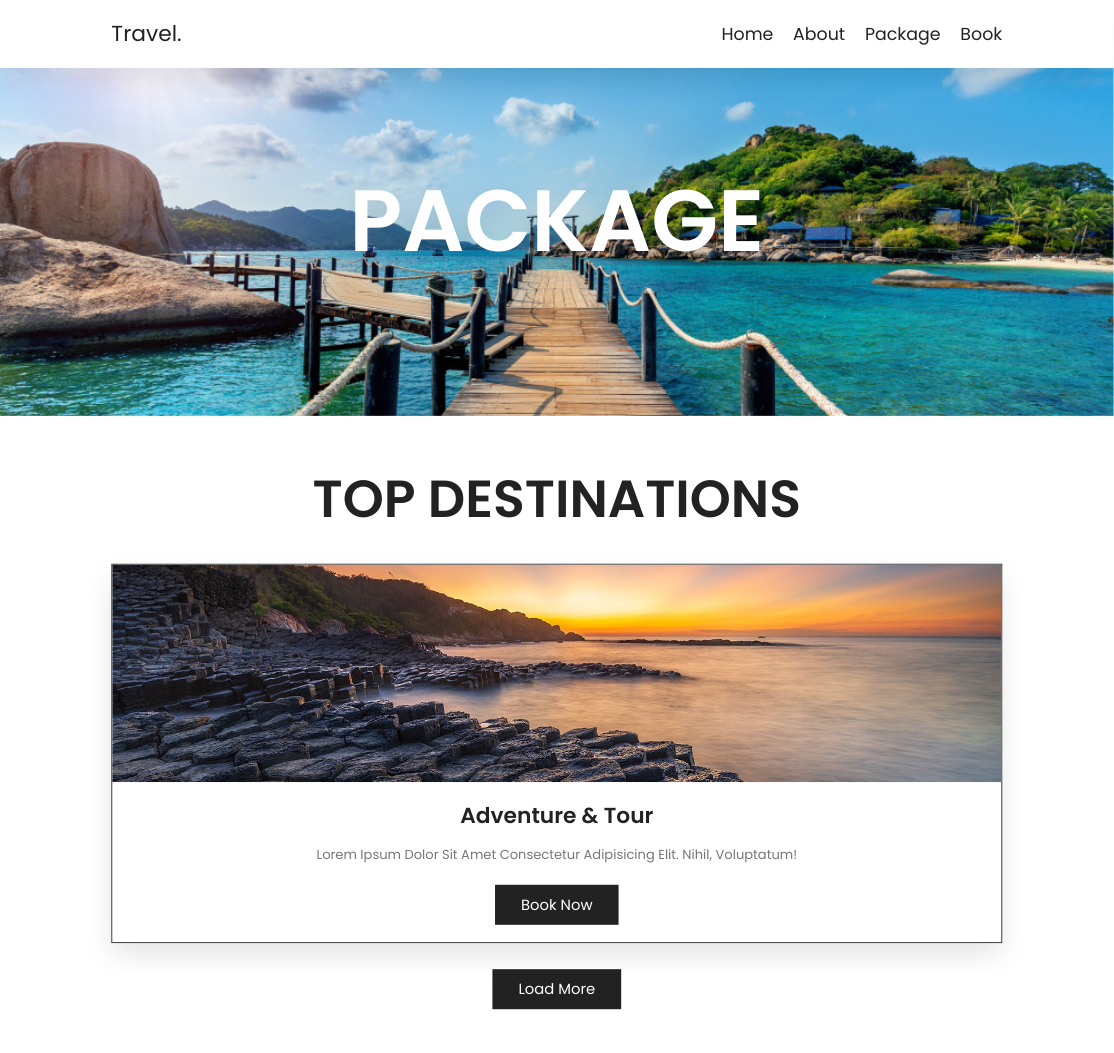
Repository: CTCuong/Traveloka-Web
Page: assets/package.html
An editor plug-in stored every save of this project. The page is shown before and after the next save, followed by the edit.
The browser window is 1280 px wide. The pictures show the part of the page from y = 0 to 1210 px (the page is 1856 px tall before and 2432 px after), at 87% of full size.
Pictures or frames that could not be fetched are drawn as grey boxes. Backgrounds fixed to the window are drawn as part of the page.

Above is the page before, as saved 2023-07-08 00:46:42.

After the next save:
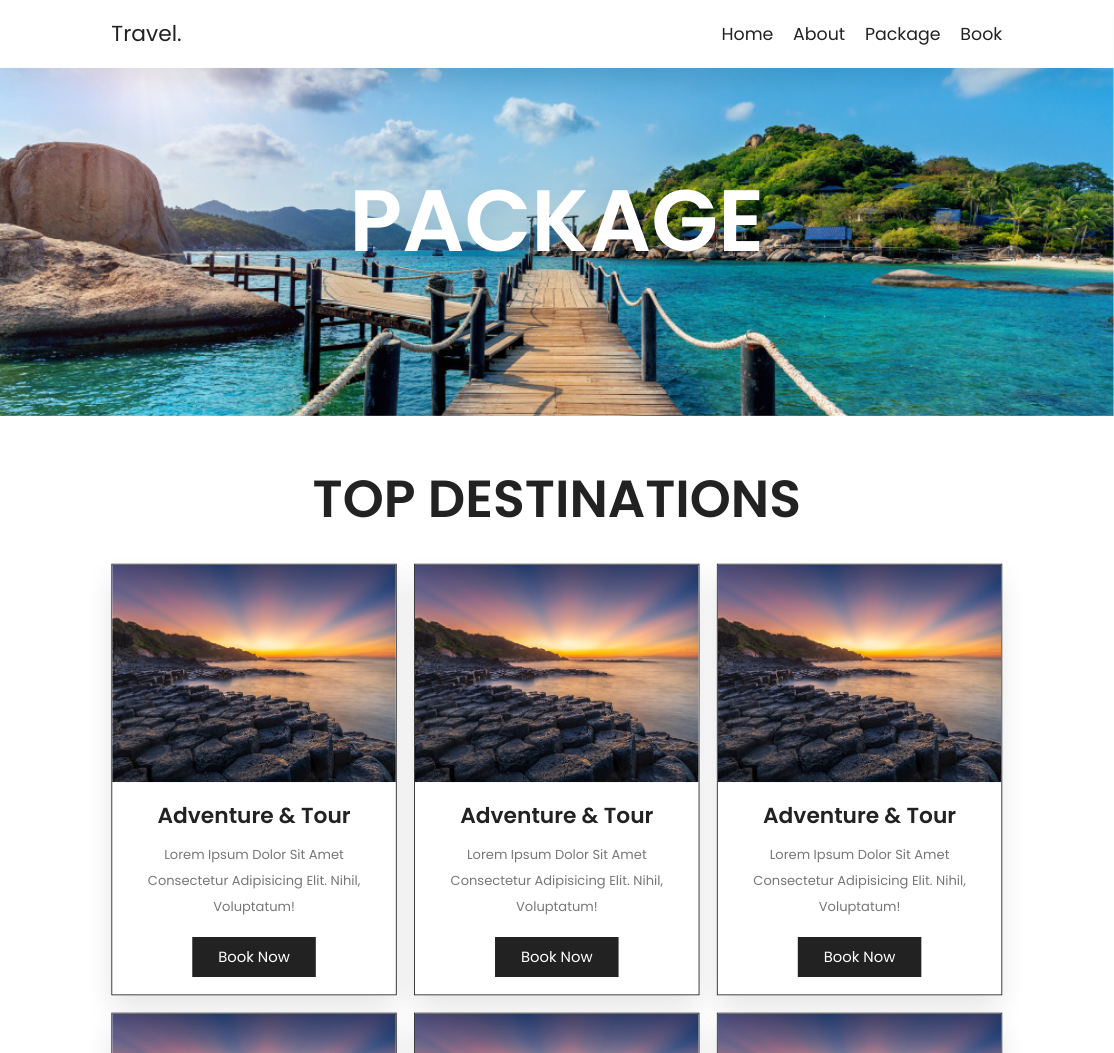
Saved 15 s later.
--- a/assets/css/style.css
+++ b/assets/css/style.css
@@ -419,11 +419,11 @@ section {
 }
 
 .packages .box-container .box:nth-child(1),
-.packages .box-container .box:nth-child(1),
-.packages .box-container .box:nth-child(1),
-.packages .box-container .box:nth-child(1),
-.packages .box-container .box:nth-child(1),
-.packages .box-container .box:nth-child(1){
+.packages .box-container .box:nth-child(2),
+.packages .box-container .box:nth-child(3),
+.packages .box-container .box:nth-child(4),
+.packages .box-container .box:nth-child(5),
+.packages .box-container .box:nth-child(6){
     display: inline-block;
 }
 
